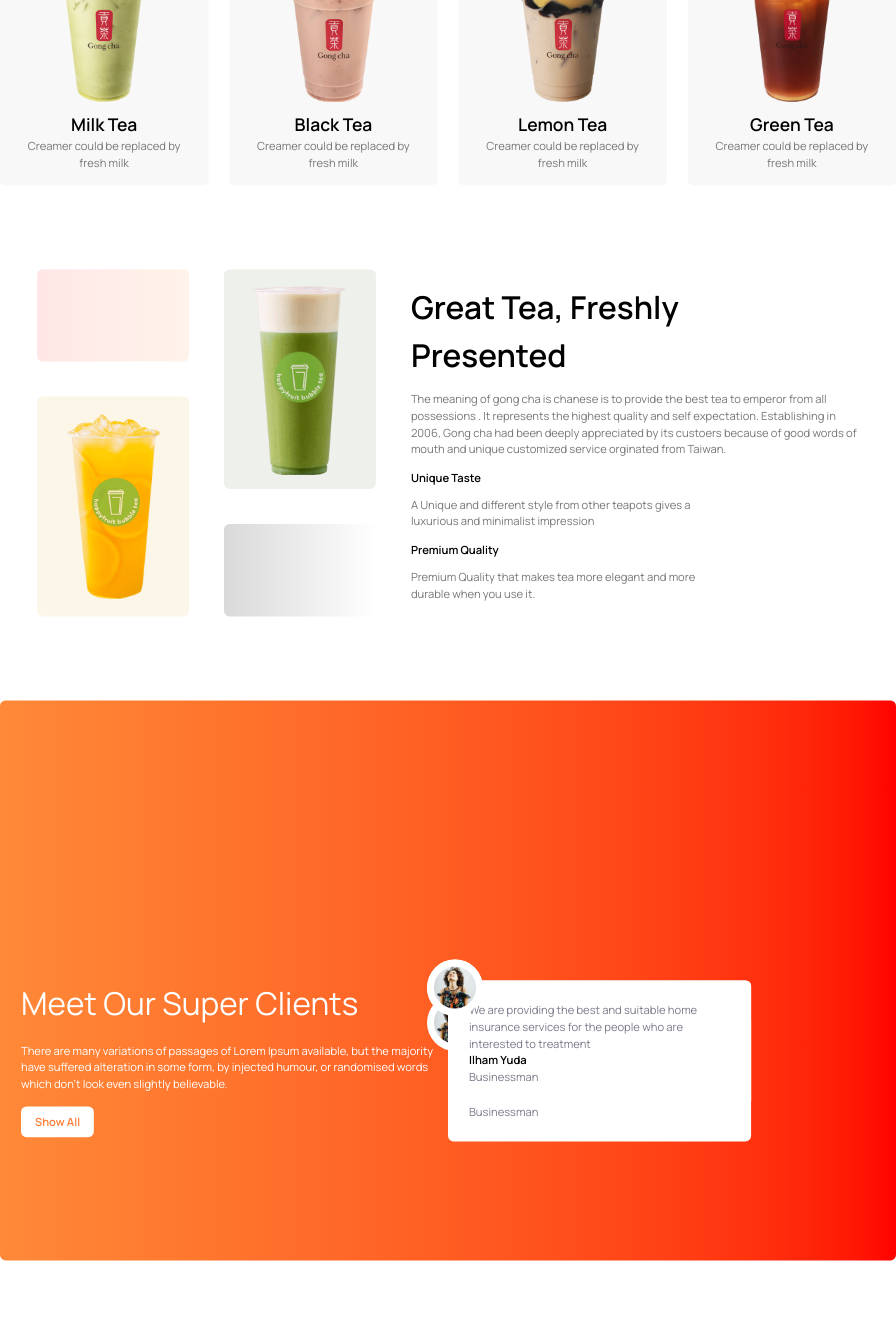
Repository: nahid-hasann/website-9
Page: index.html
These files come from the project's save history. The page is drawn as it stood at one moment and after the next save; the edit follows.
The browser window is 1280 px wide. The pictures show the part of the page from y = 1052 to 2972 px (the page is 2972 px tall before and 2822 px after), at 70% of full size.
Some web libraries are served in a nearby version.

Above is the page before, as saved 2025-08-17 18:05:55.

After the next save:
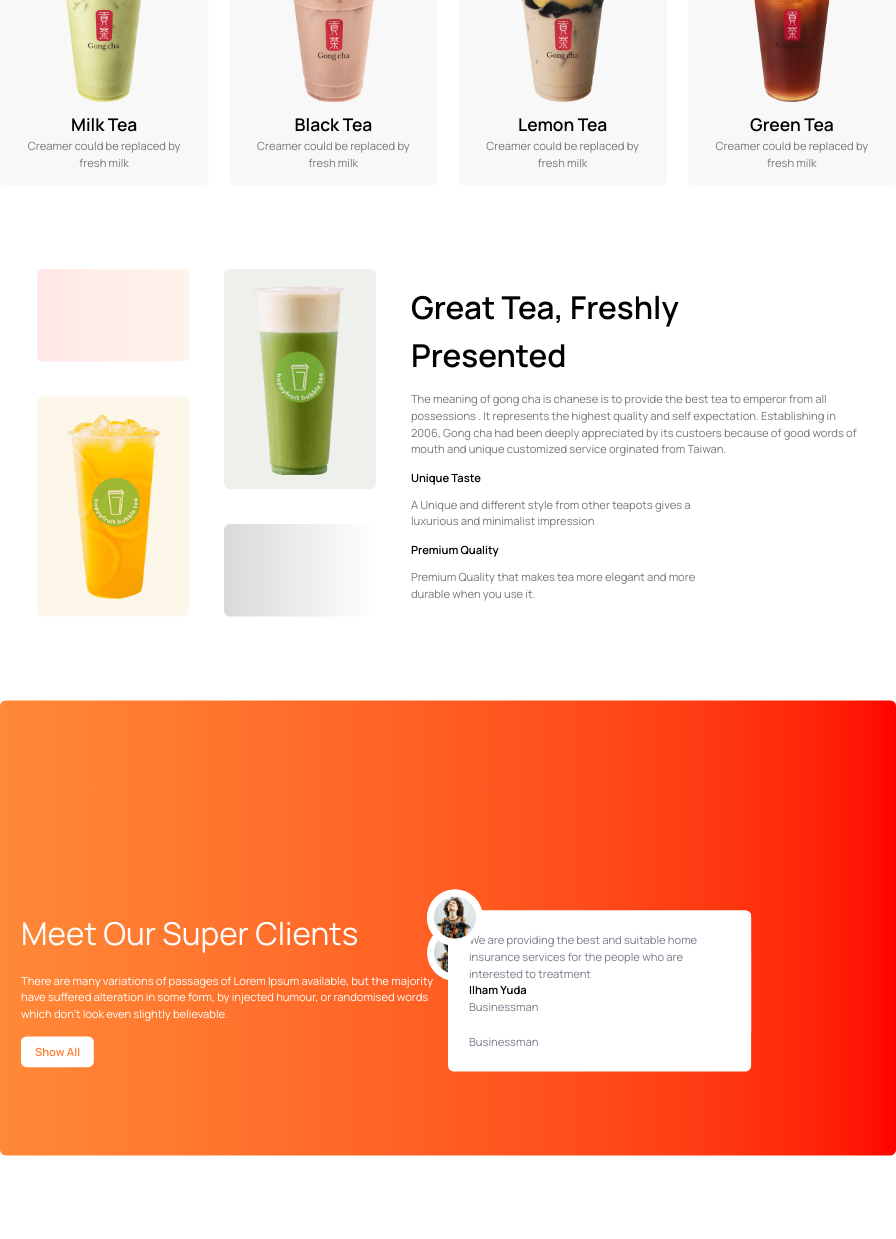
Saved 19 s later.
--- a/index.html
+++ b/index.html
@@ -81,7 +81,7 @@
     </div>
 </section>
 
-<section class="review-section max-w-[1300px] bg-gradient-to-r from-[#FF8938] to-[#FF0000] mx-auto px-[30px] py-[400px] rounded-lg mb-[120px]       max-h-[650px]">
+<section class="review-section max-w-[1300px] bg-gradient-to-r from-[#FF8938] to-[#FF0000] mx-auto px-[30px] py-[300px] rounded-lg mb-[120px]       max-h-[650px]">
      <div class="review-section-main-div grid grid-cols-2">
         <div class="left-review-text">
          <h1 class=" text-[45px] text-white">Meet Our Super Clients</h1>
